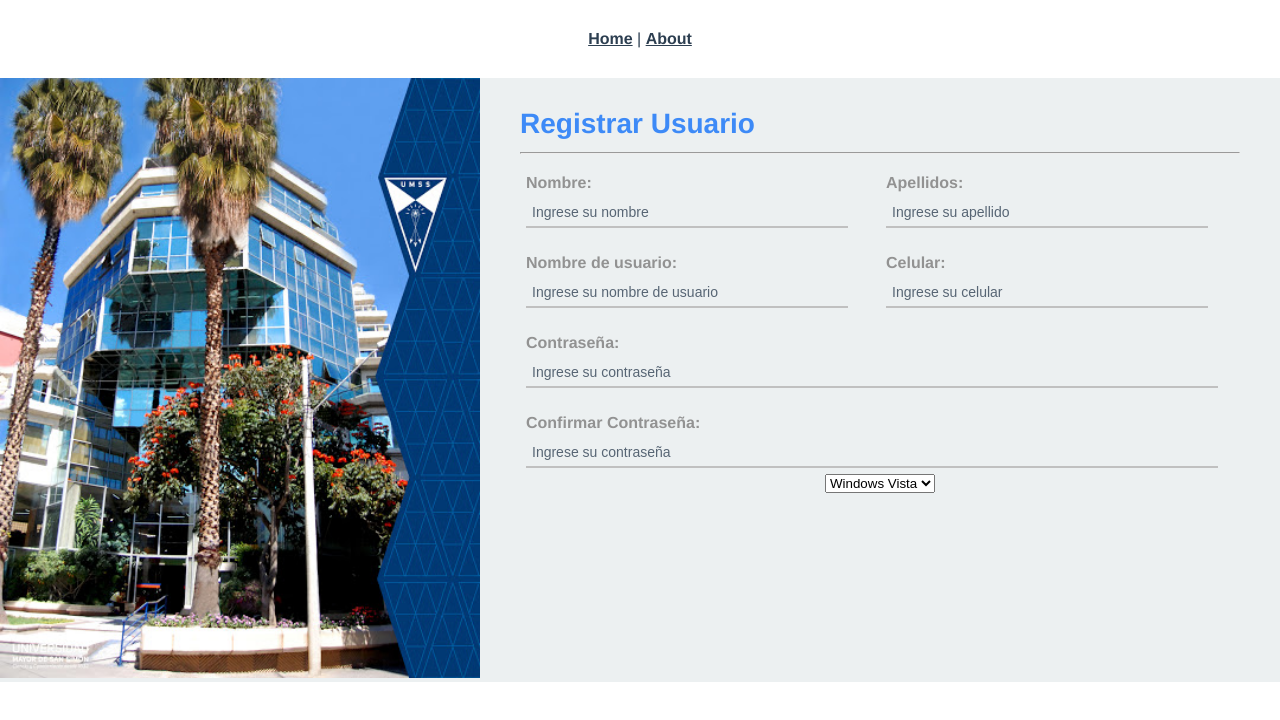
Repository: BritanyTorrico/front-cotizaciones
Page: /register
The author's editor kept a copy of each file at every save. The page is drawn from the files as they stood at one save, then again after the next save.
The browser window is 1280 px wide. The pictures show the whole page.
The project was rebuilt for these pictures with package versions that can differ from the ones it lists, and the page was loaded fresh each time. Also part of the build but not shown: vue.config.js, src/components/HelloWorld.vue, src/views/Home.vue.

Above is the page before, as saved 2021-04-21 19:35:55.

After the next save:
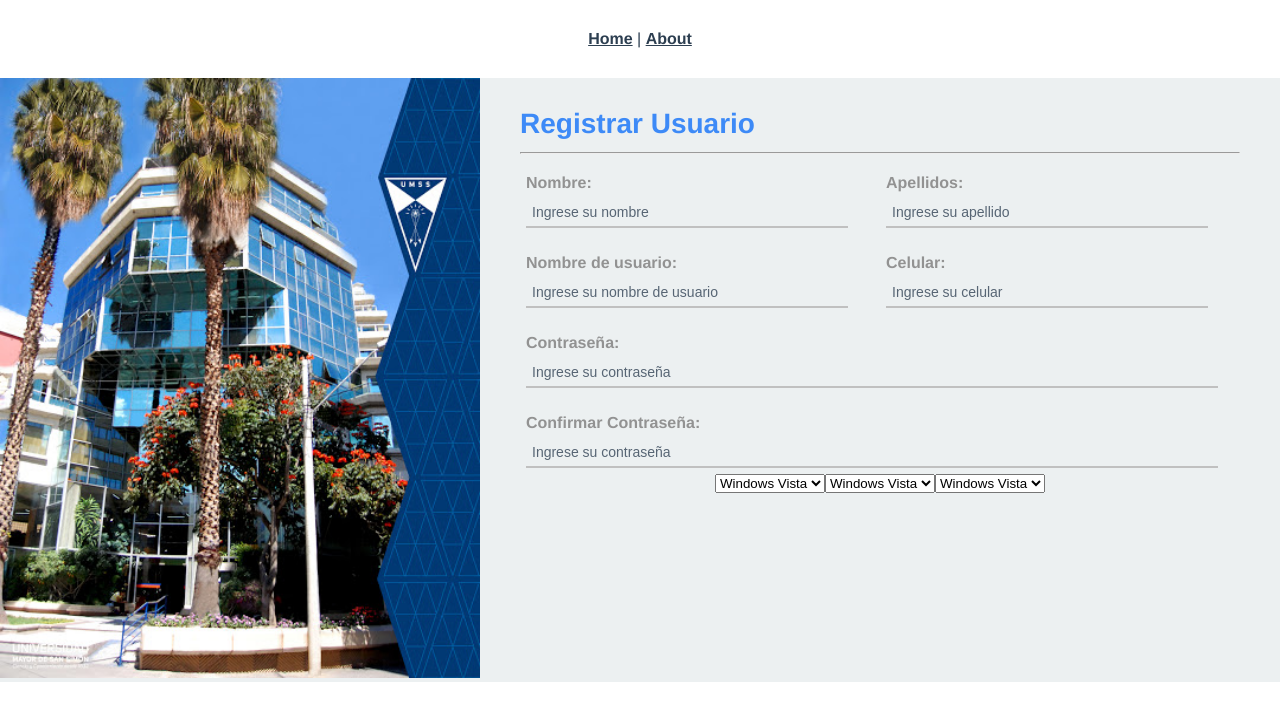
Saved 108 s later.
--- a/src/components/User/RegisterUser.vue
+++ b/src/components/User/RegisterUser.vue
@@ -75,7 +75,7 @@
             />
           </div>
           <div>
-            <select name="OS">
+            <select v-for="(item, index) in 3" :key="index" name="OS">
               <option value="1">Windows Vista</option>
               <option value="2">Windows 7</option>
               <option value="3">Windows XP</option>
